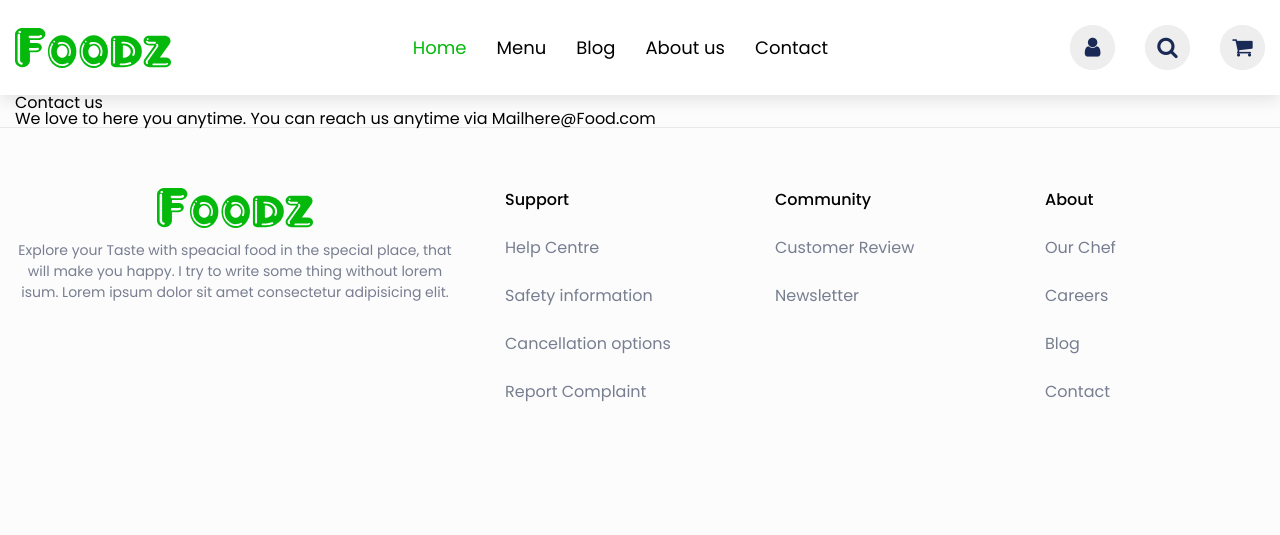
Repository: Toan3333/fooz
Page: assets/pages/contact.html
These files come from the project's save history. The page is drawn as it stood at one moment and after the next save; the edit follows.
The browser window is 1280 px wide. The pictures show the whole page.
Some web fonts or font styles are not loaded; a fallback is used.

Above is the page before, as saved 2023-06-01 12:53:45.

### assets/pages/contact.html
<!DOCTYPE html>
<html lang="en">
  <head>
    <meta charset="UTF-8" />
    <meta http-equiv="X-UA-Compatible" content="IE=edge" />
    <meta name="viewport" content="width=device-width, initial-scale=1.0" />
    <title>Contact Us</title>
    <link rel="stylesheet" href="/assets/css/style.css" />
    <link
      href="https://fonts.googleapis.com/css?family=Poppins:100,100italic,200,200italic,300,300italic,regular,italic,500,500italic,600,600italic,700,700italic,800,800italic,900,900italic"
      rel="stylesheet"
    />
    <link
      href="https://fonts.googleapis.com/css?family=Alice:regular"
      rel="stylesheet"
    />
    <link
      rel="stylesheet"
      href="https://cdnjs.cloudflare.com/ajax/libs/font-awesome/4.7.0/css/font-awesome.min.css"
    />
  </head>
  <body>
    <div class="app">
      <!-- header -->
      <header class="header">
        <div class="container">
          <div class="header-main">
            <div class="header-logo">
              <img src="/assets/images/Logo.svg" alt="" />
            </div>
            <div class="header-menu">
              <ul class="header-nav">
                <li class="header-list">
                  <a href="/index.html" class="header-link active">Home</a>
                </li>
                <li class="header-list">
                  <a href="#" class="header-link">Menu</a>
                </li>
                <li class="header-list">
                  <a href="#" class="header-link">Blog</a>
                </li>
                <li class="header-list">
                  <a href="#" class="header-link">About us</a>
                </li>
                <li class="header-list">
                  <a href="#" class="header-link">Contact</a>
                </li>
              </ul>
            </div>
            <div class="header-auth">
              <div class="header-icon">
                <a href="#">
                  <i class="fa fa-user" aria-hidden="true"></i>
                </a>
                <a href="#">
                  <i class="fa fa-search" aria-hidden="true"></i>
                </a>
                <a href="#">
                  <i class="fa fa-shopping-cart" aria-hidden="true"></i>
                </a>
              </div>
            </div>
          </div>
        </div>
      </header>
      <!-- header end -->
      <div class="contact">
        <div class="container">
          <div class="contact-main">
            <div class="contact-content">
              <div class="contact-heading">
                <h3 class="contact-title">Contact us</h3>
                <div class="contact-text">
                  We love to here you anytime. You can reach us anytime via
                  <span>Mailhere@Food.com</span>
                </div>
              </div>
            </div>
            <div class="contact-map"></div>
          </div>
        </div>
      </div>
      <footer class="footer">
        <div class="container">
          <div class="footer-list">
            <div class="footer-column">
              <div class="footer-center">
                <div class="footer-logo">
                  <img src="/assets/images/Logo.svg" alt="" />
                </div>
                <p class="footer-desc">
                  Explore your Taste with speacial food in the special place,
                  that will make you happy. I try to write some thing without
                  lorem isum. Lorem ipsum dolor sit amet consectetur adipisicing
                  elit.
                </p>
              </div>
            </div>
            <div class="footer-column">
              <h3 class="footer-title">Support</h3>
              <ul class="footer-menu">
                <li class="footer-item"><a href="#">Help Centre</a></li>
                <li class="footer-item"><a href="#">Safety information</a></li>
                <li class="footer-item">
                  <a href="#">Cancellation options</a>
                </li>
                <li class="footer-item"><a href="#">Report Complaint</a></li>
              </ul>
            </div>
            <div class="footer-column">
              <h3 class="footer-title">Community</h3>
              <ul class="footer-menu">
                <li class="footer-item"><a href="#">Customer Review</a></li>
                <li class="footer-item"><a href="#">Newsletter</a></li>
              </ul>
            </div>
            <div class="footer-column">
              <h3 class="footer-title">About</h3>
              <ul class="footer-menu">
                <li class="footer-item"><a href="#">Our Chef</a></li>
                <li class="footer-item"><a href="#">Careers</a></li>
                <li class="footer-item">
                  <a href="#">Blog</a>
                </li>
                <li class="footer-item"><a href="#">Contact</a></li>
              </ul>
            </div>
          </div>
        </div>
      </footer>
      <!-- loader -->
      <!-- <div class="loader-container">
        <img src="./assets/images/loader.gif" alt="" />
      </div> -->
      <!-- loader end -->
    </div>
  </body>
</html>

### assets/css/style.css
*,
*:before,
*:after {
  box-sizing: border-box;
  text-decoration: none;
  list-style: none;
}
:root {
  --font-primary: "Poppins", sans-serif;
  --font-secondary: "Alice", sans-serif;
  --primary-color: #04b90b;
  --black: #000000;
  --gray: #777e90;
  --black-2: #23262f;
  --bg-primary: #fcfcfd;
  --gray-2: #f4f5f6;
  --gray-3: #353945;
  --btn-color: #192a56;
}
* {
  margin: 0;
  padding: 0;
  font: inherit;
}
img,
picture,
svg,
video {
  display: block;
  max-width: 100%;
}
input,
select,
textarea {
  background-color: transparent;
  outline: none;
}
button {
  cursor: pointer;
  background-color: transparent;
  outline: none;
  border: 0;
}
body {
  min-height: 100vh;
  font-weight: 400;
  font-size: 16px;
  line-height: 1;
  font-family: var(--font-primary);
  background-color: var(--bg-primary);
  color: var(--black);
}
.container {
  max-width: 1330px;
  width: 100%;
  margin: 0 auto;
  padding: 0 15px;
}
/* HEADER */
.header {
  position: sticky;
  top: 0;
  left: 0;
  right: 0;
  z-index: 1000;
  padding: 25px 0;
  background-color: #fff;
  box-shadow: 0 5px 15px rgba(0, 0, 0, 0.1);
}
.header-main {
  display: flex;
  justify-content: space-between;
  align-items: center;
}
.header-logo {
  cursor: pointer;
}
.header-nav {
  display: flex;
  align-items: center;
  gap: 30px;
}
.header-link {
  font-size: 18px;
  line-height: 30px;
  font-weight: 400;
  color: var(--black);
}
.header-link:hover {
  color: var(--primary-color);
  transition: all 0.2s linear;
}
.header-link.active {
  color: var(--primary-color);
}
.header-icon {
  display: flex;
  align-items: center;
  gap: 30px;
  font-size: 22px;
}
.header-icon a,
.header-icon i {
  width: 45px;
  height: 45px;
  line-height: 45px;
  border-radius: 100rem;
  text-align: center;
  color: var(--btn-color);
  background-color: #eee;
  transition: 0.2s linear;
}
.header-icon a:hover,
.header-icon i:hover {
  color: #fff;
  background-color: var(--primary-color);
  transform: rotate(180deg);
}

/* HEADER END */

/* HERO */
.hero {
  padding: 60px 0;
}
.hero-main {
  display: flex;
  justify-content: space-between;
  gap: 40px;
}
.hero-content {
  max-width: 677px;
  width: 100%;
}
.hero-title {
  font-size: 65px;
  font-weight: 400;
  font-family: var(--font-secondary);
  line-height: 70px;
  letter-spacing: -0.5%;
  margin-bottom: 30px;
}
.hero-desc {
  font-size: 24px;
  font-weight: 400;
  line-height: 36px;
  color: var(--gray);
  margin-bottom: 25px;
}
.hero-cta {
  margin-bottom: 105px;
}
.hero-btn {
  display: flex;
  align-items: center;
  gap: 24px;
}
.hero-btn span {
  font-size: 16px;
  line-height: 24px;
  font-weight: 400;
  color: var(--primary-color);
}
.button-primary {
  background-color: var(--btn-color);
  border-radius: 8px;
  padding: 10px 20px;
  font-size: 16px;
  line-height: 24px;
  font-weight: 500;
  color: var(--bg-primary);
  transition: all 0.2s linear;
}
.button-primary:hover {
  background-color: var(--primary-color);
  letter-spacing: 1px;
}
.hero-info {
  max-width: 576px;
  width: 100%;
  background-color: var(--gray-2);
  border-radius: 16px;
  padding: 28px 56px 28px 56px;
}
.hero-list {
  display: flex;
  align-items: center;
  justify-content: space-between;
}
.hero-item {
  text-align: center;
}
.hero-number {
  font-size: 32px;
  line-height: 48px;
  font-weight: 600;
  color: var(--gray);
}
.hero-text {
  font-size: 20px;
  line-height: 30px;
  color: var(--gray);
  font-weight: 400;
}
.hero-image {
  width: 100%;
}
.hero-image img {
  width: 100%;
}
/* HERO END*/

/* SERVICE */
.service {
  padding: 80px 0;
}
.text-center__primary {
  max-width: 440px;
  margin: 0 auto;
  text-align: center;
  font-size: 48px;
  font-weight: 400;
  line-height: 55px;
  font-family: var(--font-secondary);
  text-transform: capitalize;
}
.text-primary {
  color: var(--primary-color);
}
.service-list {
  margin-top: 80px;
  display: grid;
  grid-template-columns: repeat(3, 1fr);
  grid-gap: 70px;
}
.service-item {
  display: flex;
  align-items: center;
  justify-content: center;
  flex-direction: column;
  padding: 40px 36px;
  text-align: center;
  cursor: pointer;
}
.service-item:hover {
  background: #ffffff;
  box-shadow: 0px 10px 27px rgba(53, 53, 53, 0.05);
  transition: 0.2s linear;
}
.service-icon {
  margin-bottom: 24px;
}
.service-icon a {
  width: 120px;
  height: 120px;
  border-radius: 100rem;
  background: #ffffff;
  box-shadow: 5px 9px 16px rgba(0, 0, 0, 0.04);
  display: inline-flex;
  align-items: center;
  justify-content: center;
}
.service-title {
  font-size: 28px;
  line-height: 42px;
  font-weight: 400;
  color: var(--black-2);
  margin-bottom: 6px;
}
.service-desc {
  font-size: 16px;
  line-height: 24px;
  font-weight: 400;
  color: var(--gray-3);
}
/* SERVICE END*/

/* ABOUT */
.about {
  padding: 80px 0;
}
.about-heading {
  text-align: center;
}
.about-main {
  display: flex;
  justify-content: space-between;
  align-items: center;
  gap: 130px;
  margin-top: 80px;
}
.about-center {
  max-width: 475px;
}
.about-image {
  max-width: 500px;
  width: 100%;
}
.about-image img {
  width: 100%;
}
.about-content {
  width: 100%;
}
.about-info {
  display: flex;
  align-items: center;
  gap: 94px;
  font-family: var(--font-secondary);
  margin-bottom: 12px;
}
.about-name {
  font-size: 24px;
  color: var(--primary-color);
  font-weight: 400;
  line-height: 28px;
}
.about-view {
  display: flex;
  align-items: center;
  gap: 12px;
  font-size: 14px;
  font-weight: 500;
  line-height: 20px;
  color: var(--primary-color);
}
.about-desc {
  font-size: 18px;
  line-height: 27px;
  font-weight: 400;
  color: var(--gray-3);
}
/* ABOUT END*/

/* SPECIAL */
.special {
  padding: 80px 0;
}
.special-center {
  max-width: 770px;
  margin: 0 auto;
  width: 100%;
}
.text-bottom {
  margin-top: 12px;
  font-size: 24px;
  line-height: 36px;
  color: var(--gray-3);
  font-weight: 400;
  font-family: var(--font-primary);
}
.special-list {
  margin-top: 80px;
  display: grid;
  grid-template-columns: repeat(3, 1fr);
  grid-gap: 30px;
}
.special-item {
  background-color: #ffffff;
  box-shadow: 0px 10px 27px rgba(53, 53, 53, 0.05);
  border-radius: 15px;
  padding: 24px 28px;
}
.special-image {
  position: relative;
  width: 100%;
  margin-bottom: 24px;
  cursor: pointer;
  text-align: center;
  overflow: hidden;
}
.special-image .fa-heart,
.special-image .fa-eye {
  position: absolute;
  top: 15px;
  height: 50px;
  width: 50px;
  line-height: 50px;
  background-color: #eee;
  font-size: 20px;
  border-radius: 50%;
  transition: all 0.2s linear;
}
.special-image .fa-heart:hover,
.special-image .fa-eye:hover {
  background-color: var(--primary-color);
  color: #fff;
}
.special-image .fa-heart {
  right: -150px;
}
.special-image .fa-eye {
  left: -150px;
}
.special-image:hover .fa-heart {
  right: 15px;
}
.special-image:hover .fa-eye {
  left: 15px;
}

.special-image img {
  width: 100%;
}
.special-title {
  font-size: 32px;
  line-height: 37px;
  font-weight: 400;
  color: var(--black-2);
  margin-bottom: 12px;
  font-family: var(--font-secondary);
  cursor: pointer;
}
.special-title:hover {
  color: var(--primary-color);
  transition: 0.2s linear;
}
.special-rating {
  display: flex;
  align-items: center;
  gap: 12px;
  margin-bottom: 12px;
}
.special-icon i {
  color: var(--primary-color);
}
.special-views {
  font-size: 16px;
  line-height: 24px;
  font-weight: 400;
  color: var(--gray-3);
}
.special-bottom {
  display: flex;
  align-items: center;
  justify-content: space-between;
}
.special-price {
  font-size: 40px;
  line-height: 40px;
  font-weight: 400;
  color: var(--primary-color);
  font-family: var(--font-secondary);
  text-transform: capitalize;
}
.special-arrows {
  margin-top: 48px;
  display: inline-block;
  position: relative;
  left: 50%;
  transform: translateX(-50%);
  cursor: pointer;
}
.special-main {
  display: flex;
  align-items: center;
  gap: 8px;
}
.special-btn-arrow i {
  width: 40px;
  height: 40px;
  border-radius: 100rem;
  display: inline-flex;
  border: 2px solid #e6e8ec;
  border-radius: 40px;
  align-items: center;
  justify-content: center;
  transition: 0.2s ease-in-out;
}
.special-btn-arrow i:hover {
  color: white;
  background-color: var(--primary-color);
}
/* SPECIAL END*/
/* form */
.form-main {
  margin-top: 80px;
  display: flex;
  justify-content: space-between;
  align-items: center;
  gap: 105px;
}
.form-content {
  max-width: 544px;
  width: 100%;
}
.form-title {
  font-size: 24px;
  font-weight: 400;
  line-height: 36px;
  color: var(--black-2);
  margin-bottom: 4px;
}
.form-text {
  font-size: 16px;
  line-height: 24px;
  font-weight: 400;
  margin-bottom: 24px;
}
.form-list {
  display: flex;
  align-items: center;
  justify-content: space-between;
  margin-bottom: 8px;
  font-size: 16px;
  line-height: 24px;
  font-weight: 400;
}
.form-list span {
  color: var(--primary-color);
}
.form-meal__select {
  width: 100%;
}
.form-meal__select select {
  width: 100%;
  padding: 10px 20px 10px 20px;
  border-radius: 12px;
  color: var(--gray);
}
.form-meal__add {
  color: var(--primary-color);
  display: flex;
  align-items: center;
  gap: 4px;
  font-size: 14px;
  line-height: 21px;
  margin-top: 8px;
}
.form-container {
  display: flex;
  justify-content: space-between;
  align-items: center;
}
.form-field {
  font-size: 16px;
  font-weight: 400;
  line-height: 24px;
  margin-top: 16px;
}
.form-field__title {
  font-size: 16px;
  line-height: 24px;
  font-weight: 400;
  color: var(--gray-3);
}
.form-item {
  max-width: 256px;
  width: 100%;
  position: relative;
}
.form-item.form-items {
  max-width: 544px;
  width: 100%;
}
.form-input__cash {
  width: 100%;
}
.form-item__icon {
  position: absolute;
  top: 23px;
  right: 20px;
}
.form-field input {
  width: 100%;
  padding: 10px 20px 10px 20px;
  border-radius: 12px;
  border: 1px solid var(--gray);
  margin-top: 8px;
}
.form-field input::placeholder {
  font-size: 16px;
  font-weight: 400;
  color: var(--gray);
}
.form-field.form-item {
  max-width: 256px;
  width: 100%;
}
.form-field textarea {
  width: 100%;
  padding: 10px 20px;
  border: 1px solid var(--gray);
  border-radius: 12px;
  color: var(--gray);
  font-weight: 400;
}
.form-price {
  font-size: 16px;
  line-height: 24px;
  font-weight: 400;
  color: var(--gray);
  display: flex;
  align-items: center;
  gap: 6px;
  margin-bottom: 32px;
}
.form-price span {
  font-size: 24px;
  line-height: 27px;
  font-family: var(--font-secondary);
  font-weight: 400;
  color: var(--primary-color);
}
.form-image {
  width: 100%;
}
.form-image img {
  width: 100%;
}
.loader-container {
  position: fixed;
  top: 0;
  left: 0;
  z-index: 10000;
  display: flex;
  justify-content: center;
  align-items: center;
  height: 100%;
  width: 100%;
  background-color: #fff;
}
.loader-container.fade-out {
  top: -120%;
}
.blog {
  padding: 80px 0px;
}
.blog-list {
  margin-top: 80px;
  display: grid;
  grid-template-columns: repeat(3, 1fr);
  grid-gap: 30px;
}
.blog-image {
  transition: 0.2s linear;
  width: 100%;
  overflow: hidden;
  cursor: pointer;
}

.blog-image img {
  width: 100%;
  transition: all 0.3s ease-in-out;
}
.blog-image:hover img {
  transform: scale(1.1);
}
.blog-content {
  padding: 15px 20px;
  border: 1px solid #e5e5e5;
  background-color: #ffffff;
}
.blog-title {
  font-size: 20px;
  line-height: 32px;
  margin-bottom: 8px;
  cursor: pointer;
  transition: 0.2s linear;
}
.blog-title:hover {
  color: var(--primary-color);
}
.blog-desc {
  font-size: 16px;
  line-height: 24px;
  font-weight: 400;
  color: var(--gray);
  margin-bottom: 12px;
}
.menu {
  padding: 80px 0;
}
.menu-center {
  margin-bottom: 32px;
}
.tab {
  max-width: 672px;
  width: 100%;
  margin: 0 auto;
  background-color: white;
  padding: 8px;
  box-shadow: 0px 3px 9px rgba(1, 5, 20, 0.05);
  border-radius: 8px;
  display: grid;
  grid-template-columns: repeat(3, 1fr);
  grid-gap: 36px;
}
.tab-item {
  display: flex;
  align-items: center;
  padding: 12px;
  cursor: pointer;
  transition: all 0.2s linear;
  gap: 8px;
}
.tab-item img {
  width: 33px;
  height: 33px;
}
.tab-item.active {
  background-color: var(--primary-color);
  color: white;
  border-radius: 8px;
}
.tab-item:hover {
  background-color: var(--primary-color);
  border-radius: 8px;
  color: white;
}

.footer {
  padding-bottom: 80px;
  border-top: 1px solid #e6e8ec;
  padding-top: 60px;
}
.footer-list {
  display: grid;
  grid-template-columns: 2fr 1fr 1fr 1fr;
  grid-gap: 50px;
}
.footer-center {
  display: flex;
  align-items: center;
  flex-direction: column;
  text-align: center;
}
.footer-logo {
  margin-bottom: 12px;
}
.footer-desc {
  font-size: 14px;
  line-height: 21px;
  color: var(--gray);
  font-weight: 400;
}
.footer-title {
  font-size: 16px;
  line-height: 24px;
  font-weight: 500;
  color: var(--black);
  margin-bottom: 24px;
}
.footer-menu {
  display: flex;
  gap: 24px;
  flex-direction: column;
}
.footer-item a {
  font-size: 16px;
  font-weight: 400;
  line-height: 24px;
  color: var(--gray);
  transition: 0.2s linear;
}
.footer-item a:hover {
  color: var(--primary-color);
}

After the next save:
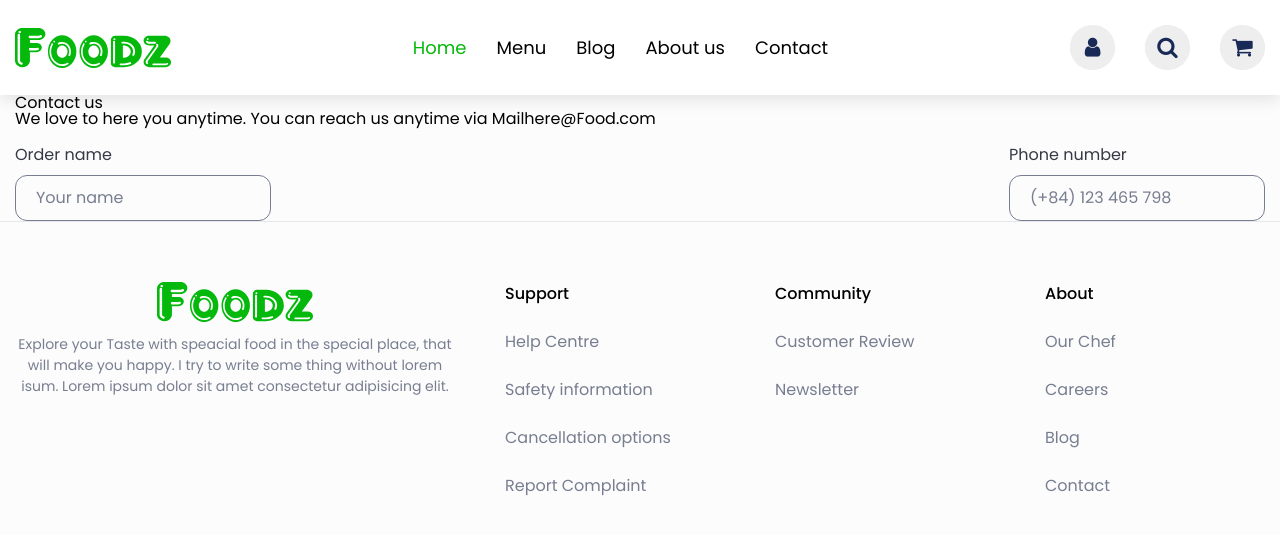
Saved 3 min 41 s later.
--- a/assets/pages/contact.html
+++ b/assets/pages/contact.html
@@ -75,6 +75,16 @@
                   <span>Mailhere@Food.com</span>
                 </div>
               </div>
+              <div class="form-container">
+                <div class="form-field form-item">
+                  <div class="form-field__title">Order name</div>
+                  <input type="text" placeholder="Your name" />
+                </div>
+                <div class="form-field form-item">
+                  <div class="form-field__title">Phone number</div>
+                  <input type="text" placeholder="(+84) 123 465 798 " />
+                </div>
+              </div>
             </div>
             <div class="contact-map"></div>
           </div>
